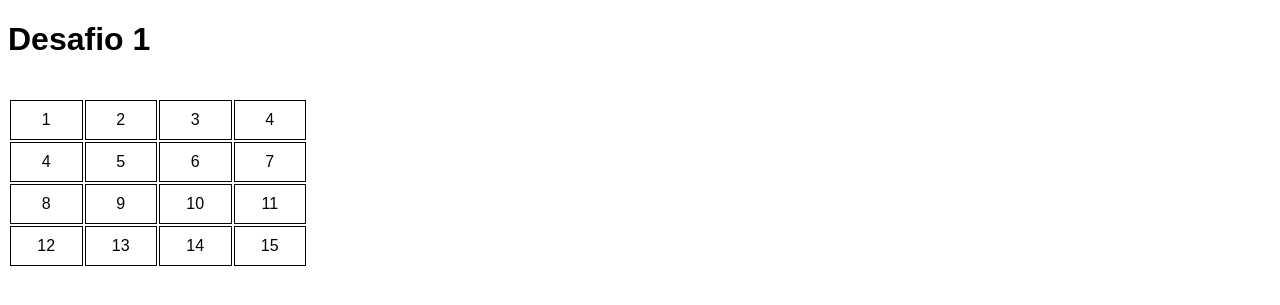
Repository: railsondev/html-css
Page: Módulo3/Desafio/D02 - tabela A/tabelaa.html
An editor plug-in stored every save of this project. The page is shown before and after a run of saves, followed by the edit.
The browser window is 1280 px wide. The pictures show the whole page.

Above is the page before, as saved 2024-10-19 22:00:35.

### Módulo3/Desafio/D02 - tabela A/tabelaa.html
<!DOCTYPE html>
<html lang="pt-br">
<head>
  <meta charset="UTF-8">
  <meta name="viewport" content="width=device-width, initial-scale=1.0">
  <title>Desafio tabelas</title>
  <link rel="stylesheet" href="style.css">
</head>
<body>
  <h1>Desafio 1</h1>
  <br>
  <table>
      <tr>
        <td>1</td>
        <td>2</td>
        <td>3</td>
        <td>4</td>
      </tr>
      <tr>
        <td>4</td>
        <td>5</td>
        <td>6</td>
        <td>7</td>
      </tr>
      <tr>
        <td>8</td>
        <td>9</td>
        <td>10</td>
        <td>11</td>
      </tr>
      <tr>
        <td>12</td>
        <td>13</td>
        <td>14</td>
        <td>15</td>
      </tr>
  </table>
</body>
</html>

### Módulo3/Desafio/D02 - tabela A/style.css
@charset 'UTF-8';

body {
  font-family: Arial, Helvetica, sans-serif;
}

table {
  width: 300px;
  border-collapse: separate;
}

td {
  border: 1px solid black;
  padding: 10px;
  text-align: center;
  vertical-align: center;
}

After the next 2 saves:
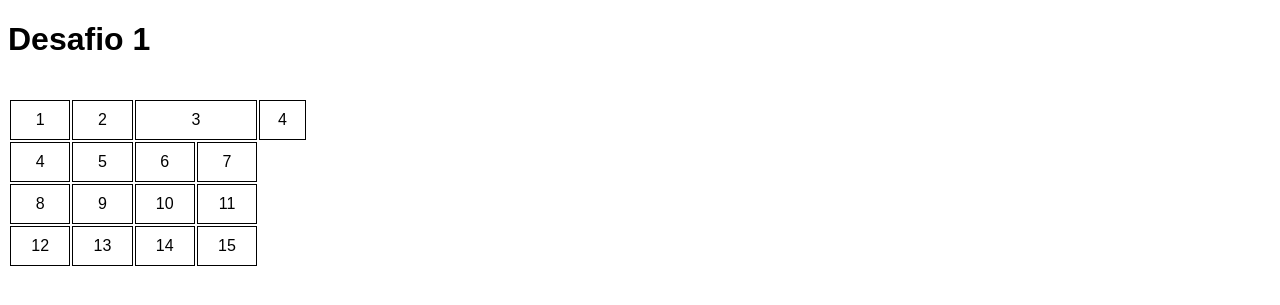
The 2 saves are shown as one change because they came seconds apart.
The last was saved 31 s later.
--- a/Módulo3/Desafio/D02 - tabela A/tabelaa.html
+++ b/Módulo3/Desafio/D02 - tabela A/tabelaa.html
@@ -13,7 +13,7 @@
       <tr>
         <td>1</td>
         <td>2</td>
-        <td>3</td>
+        <td colspan="2">3</td>
         <td>4</td>
       </tr>
       <tr>

After the 3 saves that followed:
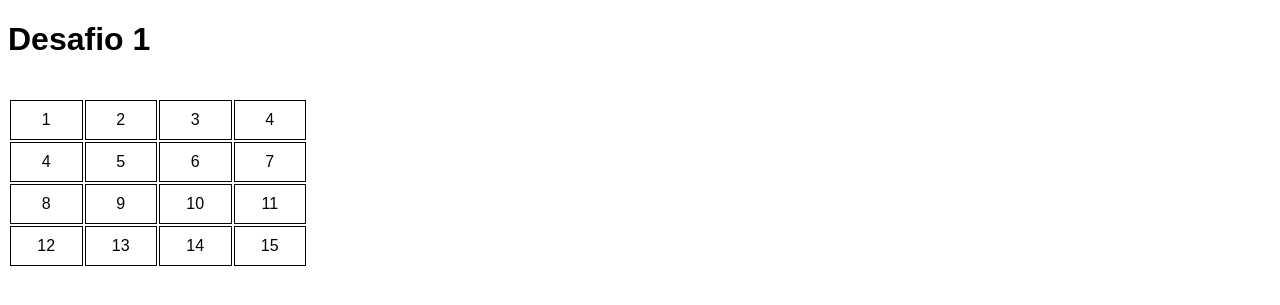
The 3 saves are shown as one change because they came seconds apart.
The last was saved 12 s later.
--- a/Módulo3/Desafio/D02 - tabela A/tabelaa.html
+++ b/Módulo3/Desafio/D02 - tabela A/tabelaa.html
@@ -13,7 +13,7 @@
       <tr>
         <td>1</td>
         <td>2</td>
-        <td colspan="2">3</td>
+        <td rowspan="">3</td>
         <td>4</td>
       </tr>
       <tr>
